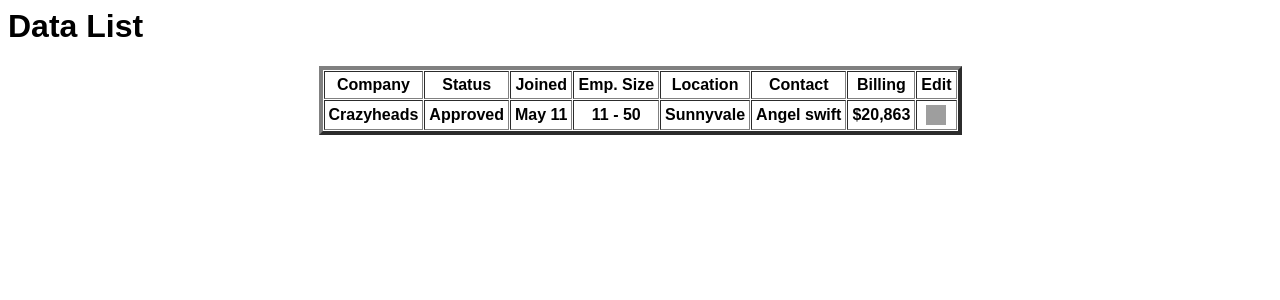
Repository: AdityaTech-Pro/FullStackWithBridgelabz
Page: Assignment2/Data_List/index.html
An editor plug-in stored every save of this project. The page is shown before and after the next save, followed by the edit.
The browser window is 1280 px wide. The pictures show the whole page.
Pictures or frames that could not be fetched are drawn as grey boxes.

Above is the page before, as saved 2025-10-15 09:34:36.

### Assignment2/Data_List/index.html
<html>

<head>
    <style>
        body {
            font-family: Arial, Helvetica, sans-serif;
        }

        .center {
            margin-left: auto;
            margin-right: auto;
        }
        /* small icon class for action images */

        .icon {
            width: 20px;
            height: 20px;
            vertical-align: middle;
        }
    </style>
</head>
<title>
    <h2>Welcome to My Web Page</h2>
</title>

<body>
    <table border="4" cellspacing="1" cellpadding="4" class="center">
        <h1 class="center">Data List</h1>
        <tr>
            <th>Company</th>
            <th>Status</th>
            <th>Joined</th>
            <th>Emp. Size</th>
            <th>Location</th>
            <th>Contact</th>
            <th>Billing</th>
            <th>Edit</th>
        </tr>

        <tr>
            <th>Crazyheads</th>
            <th>Approved</th>
            <th>May 11</th>
            <th>11 - 50</th>
            <th>Sunnyvale</th>
            <th>Angel swift</th>
            <th>$20,863</th>
            <th>
                <img class="icon" src="https://www.svgrepo.com/show/325130/edit-pencil.svg" alt="Edit">
            </th>
        </tr>
    </table>

</body>

</html>

After the next save:
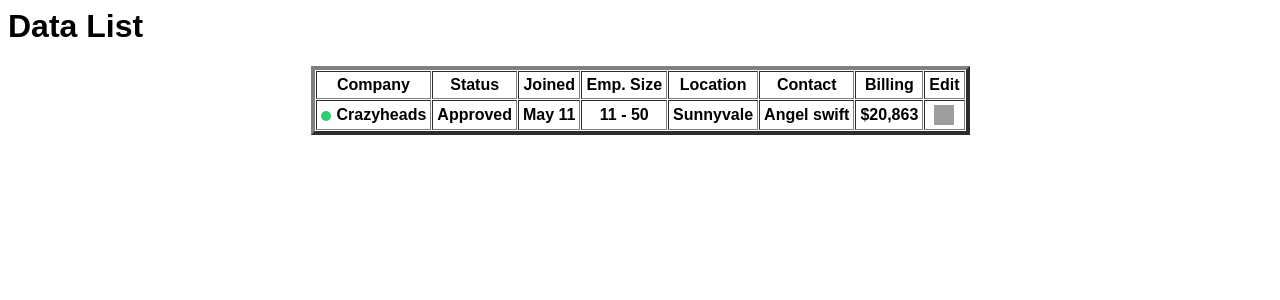
Saved 2 min 12 s later.
--- a/Assignment2/Data_List/index.html
+++ b/Assignment2/Data_List/index.html
@@ -15,6 +15,16 @@
         .icon {
             width: 20px;
             height: 20px;
+            vertical-align: middle;
+        }
+        /* small round dot to show status or as an icon */
+        .dot {
+            display: inline-block;
+            width: 10px;
+            height: 10px;
+            border-radius: 50%;
+            background: #2ecc71; /* green by default */
+            margin-right: 6px;
             vertical-align: middle;
         }
     </style>
@@ -38,7 +48,7 @@
         </tr>
 
         <tr>
-            <th>Crazyheads</th>
+            <th><span class="dot"></span>Crazyheads</th>
             <th>Approved</th>
             <th>May 11</th>
             <th>11 - 50</th>

After the save that followed:
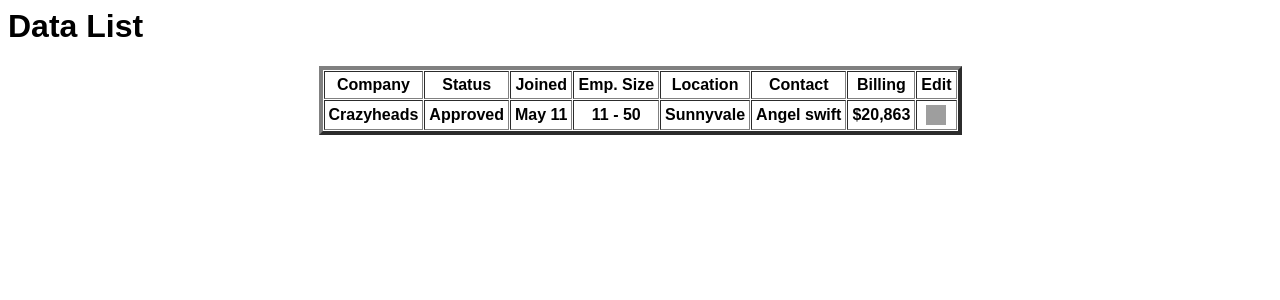
Saved 30 s later.
--- a/Assignment2/Data_List/index.html
+++ b/Assignment2/Data_List/index.html
@@ -18,12 +18,14 @@
             vertical-align: middle;
         }
         /* small round dot to show status or as an icon */
+
         .dot {
             display: inline-block;
             width: 10px;
             height: 10px;
             border-radius: 50%;
-            background: #2ecc71; /* green by default */
+            background: #2ecc71;
+            /* green by default */
             margin-right: 6px;
             vertical-align: middle;
         }
@@ -48,7 +50,7 @@
         </tr>
 
         <tr>
-            <th><span class="dot"></span>Crazyheads</th>
+            <th>Crazyheads</th>
             <th>Approved</th>
             <th>May 11</th>
             <th>11 - 50</th>
